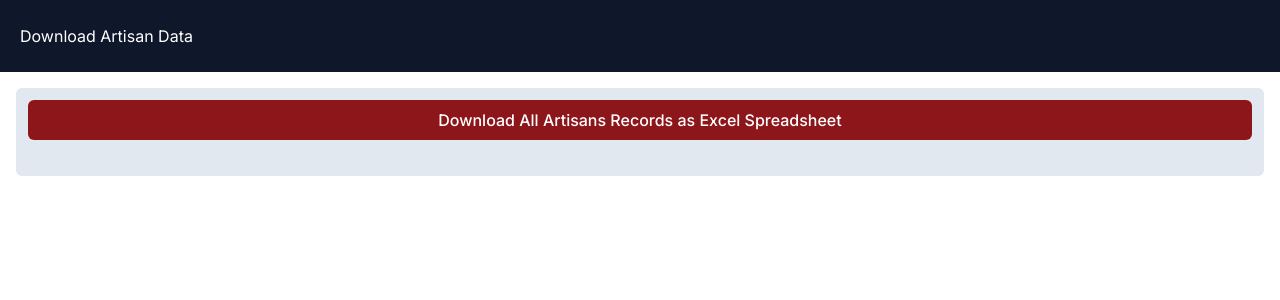
Repository: marcusdashe/artisanindex_frontend
Page: /components/DownloadDataScreen
These files come from the project's save history. The page is drawn as it stood at one moment and after the next save; the edit follows.
The browser window is 1280 px wide. The pictures show the whole page.
The project was rebuilt for these pictures with package versions that can differ from the ones it lists, and the page was loaded fresh each time. The framework's server and built-in components were replaced by stand-ins that run in the browser. Also part of the build but not shown: next.config.js.

Above is the page before, as saved 2023-03-13 14:00:26.

After the next save:
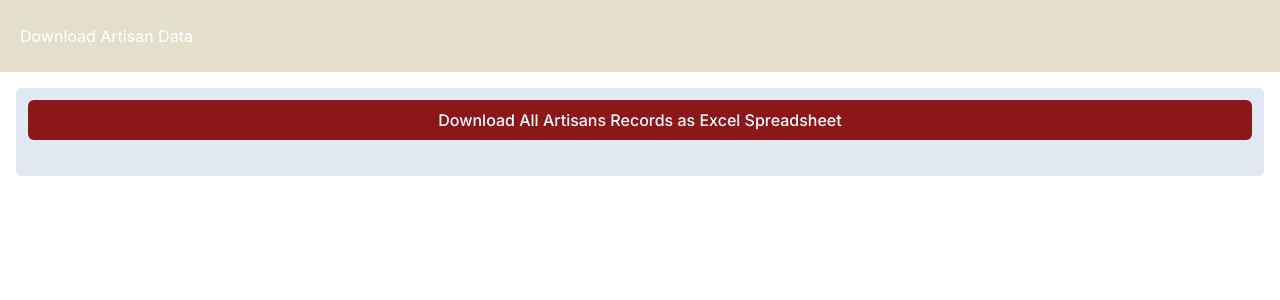
Saved 110 s later.
--- a/pages/components/DownloadDataScreen.js
+++ b/pages/components/DownloadDataScreen.js
@@ -20,7 +20,7 @@ function DownloadDataScreen() {
 
   return (
     <div className="w-full h-[100vh]">
-      <div className="w-full h-[10vh] bg-slate-900 flex items-center content-center justify-start text-white p-5">
+      <div className="w-full h-[10vh] bg-[#e4decd] flex items-center content-center justify-start text-white p-5">
         <h1>Download Artisan Data</h1>
       </div>
       <div className="w-full h-[90vh] p-4">
